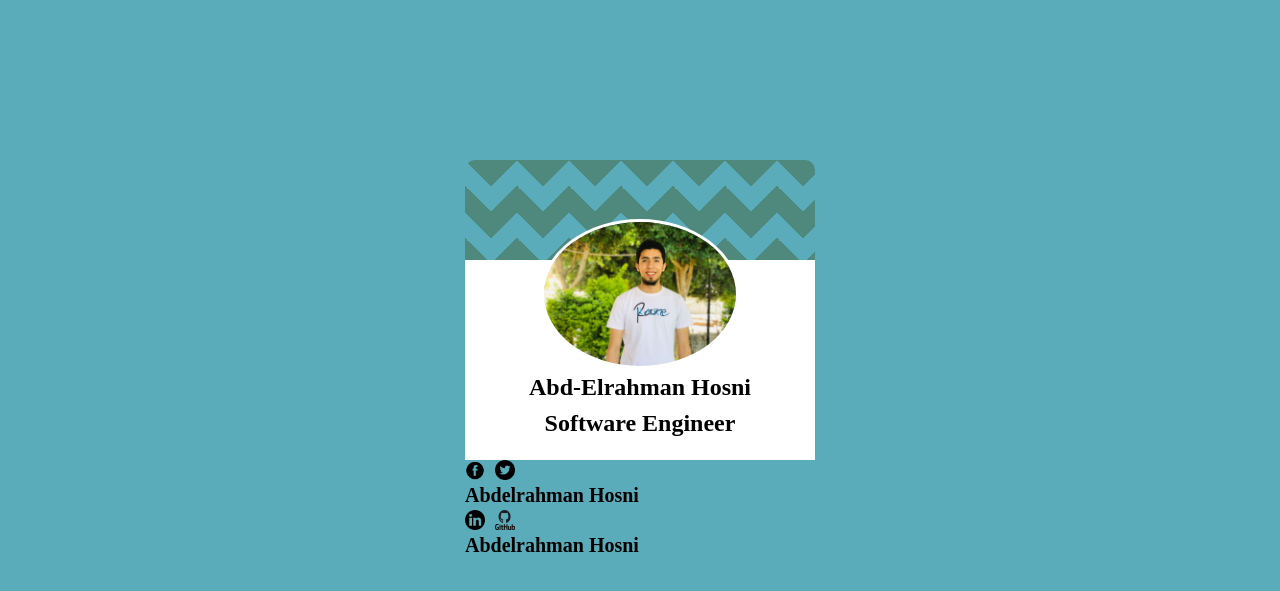
Repository: Abdo-Hosni123/Html-and-css-projects
Page: index.html
The author's editor kept a copy of each file at every save. The page is drawn from the files as they stood at one save, then again after the next save.
The browser window is 1280 px wide. The pictures show the whole page.

Above is the page before, as saved 2023-12-06 00:33:28.

After the next save:
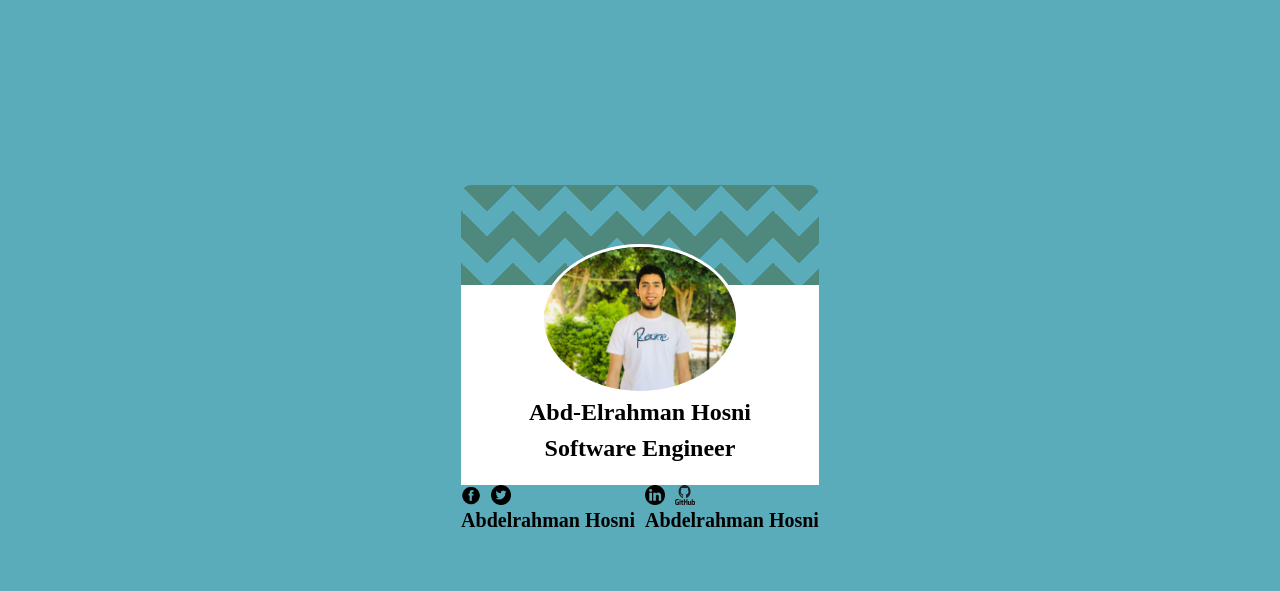
Saved 46 s later.
--- a/Style.css
+++ b/Style.css
@@ -89,14 +89,18 @@ h6 {
   height: 150px;
   z-index: 2;
 }
-.icon {
-  height: 20px;
-  width: 20px;
+.bottom {
+  display: flex;
+  gap: 10px;
 }
 .icons {
   display: flex;
   gap: 10px;
 }
+.icon {
+  height: 20px;
+  width: 20px;
+}
 .username {
   font-size: 20px;
 }
